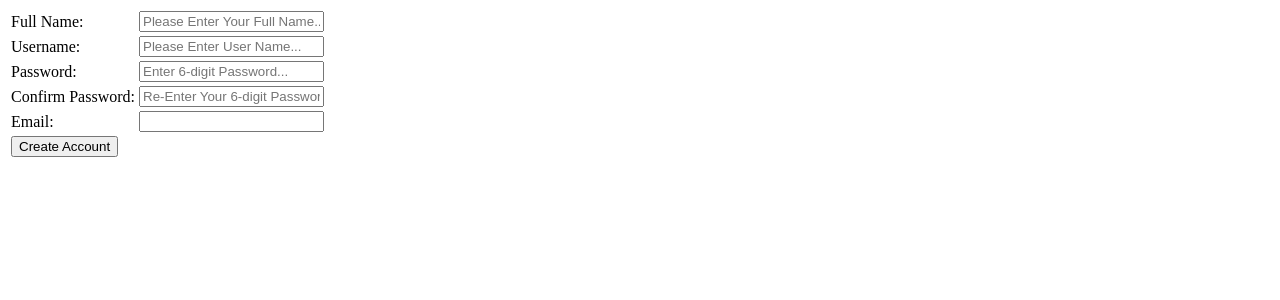
Repository: LingWenXing/java-fundamentals
Page: BankApplicationSystem/src/main/webapp/signUpPage.html
An editor plug-in stored every save of this project. The page is shown before and after the next save, followed by the edit.
The browser window is 1280 px wide. The pictures show the whole page.

Above is the page before, as saved 2022-04-15 04:44:50.

After the next save:
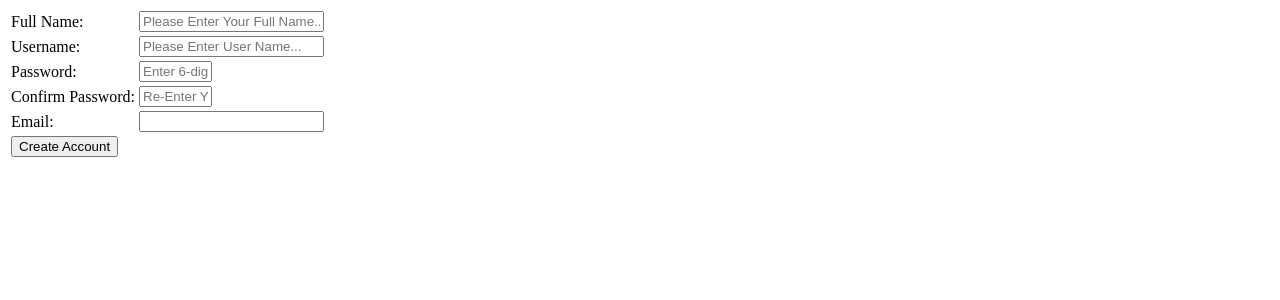
Saved 23 s later.
--- a/BankApplicationSystem/src/main/webapp/signUpPage.html
+++ b/BankApplicationSystem/src/main/webapp/signUpPage.html
@@ -17,11 +17,11 @@
 			</tr>
 			<tr>
 				<td>Password: </td>
-				<td><input type="password" name="password" placeholder="Enter 6-digit Password..."></td>
+				<td><input type="password" name="password" size='6' placeholder="Enter 6-digit Password..."></td>
 			</tr>
 			<tr>
 				<td>Confirm Password: </td>
-				<td><input type="password" name="cpassword" placeholder="Re-Enter Your 6-digit Password..."></td>
+				<td><input type="password" name="cpassword" size='6' placeholder="Re-Enter Your 6-digit Password..."></td>
 			</tr>
 			<tr>
 				<td>Email: </td>
